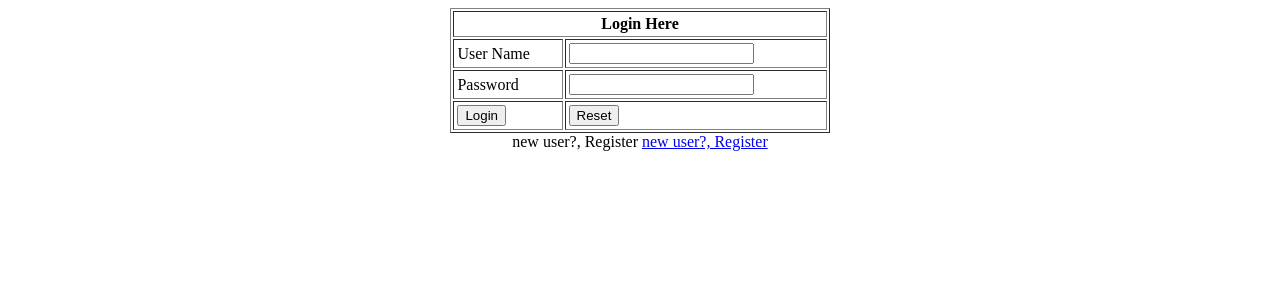
Repository: balu-sadanandan/demo-Shopping-cart-application
Page: http://localhost/shopping-cart/
The author's editor kept a copy of each file at every save. The page is drawn from the files as they stood at one save, then again after the next save.
The browser window is 1280 px wide. The pictures show the whole page.
The page is served by Tomcat 9.

Above is the page before, as saved 2017-09-15 12:44:31.

After the next save:
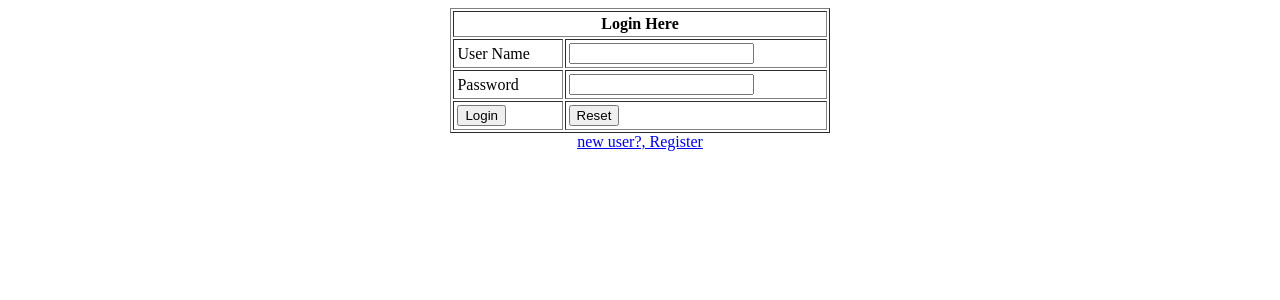
Saved 8 s later.
--- a/shopping-cart/WebContent/login1.jsp
+++ b/shopping-cart/WebContent/login1.jsp
@@ -30,7 +30,7 @@
 
                 </tbody>
             </table>
-            <td colspan="2">new user?, Register</td>
+
             <a href="register">new user?, Register</a>
             </center>
         </form>
